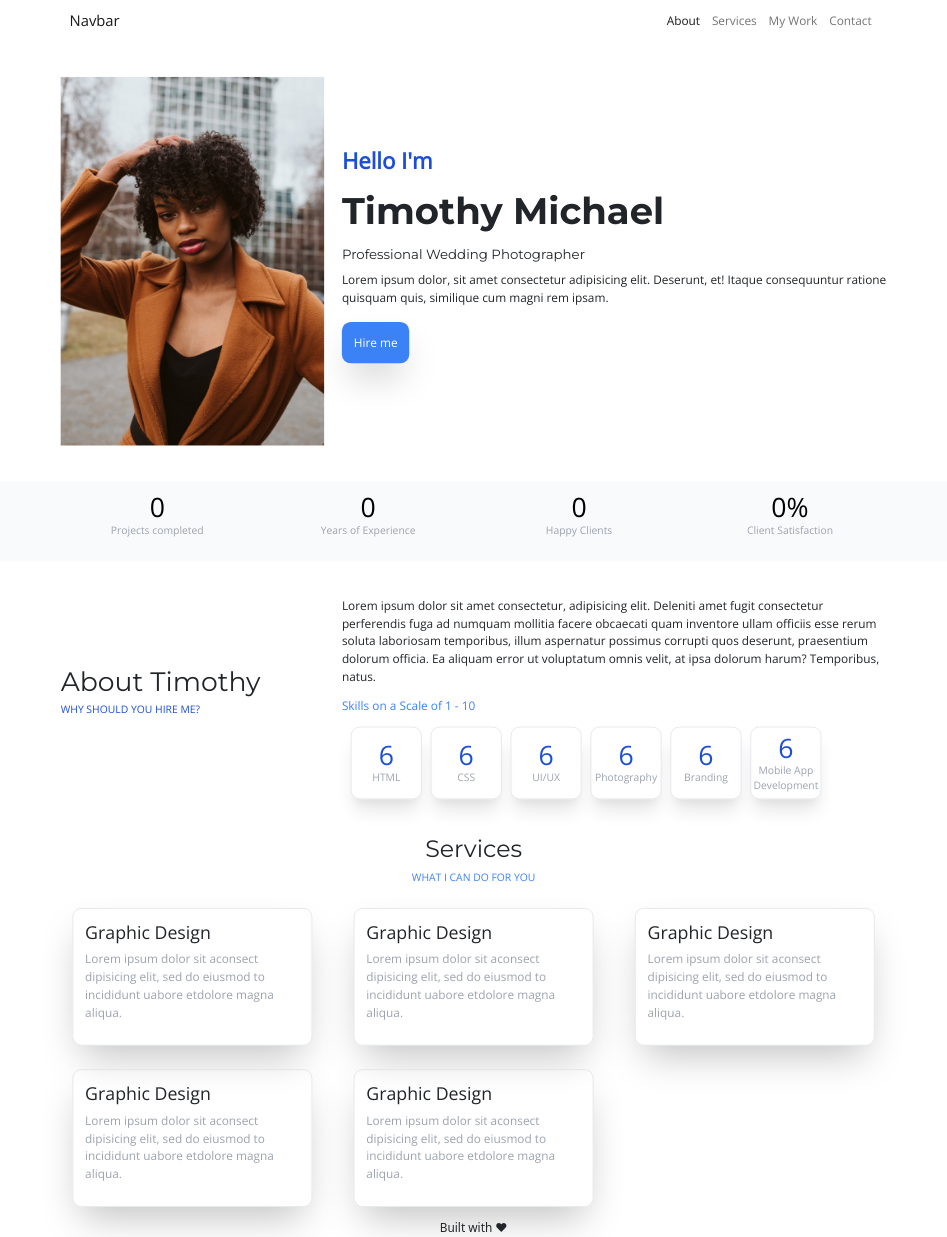
Repository: latenightsnacc/giggles
Page: HTML/freelancer.html
An editor plug-in stored every save of this project. The page is shown before and after the next save, followed by the edit.
The browser window is 1280 px wide. The pictures show the whole page, at 74% of full size.
Some web libraries are served in a nearby version.

Above is the page before, as saved 2021-01-03 16:33:19.

### HTML/freelancer.html
<!DOCTYPE html>
<html lang="en">
<head>
    <meta charset="UTF-8">
    <meta name="viewport" content="width=device-width, initial-scale=1.0">
    <link href="https://cdnjs.cloudflare.com/ajax/libs/tailwindcss/2.0.2/tailwind.min.css" rel="stylesheet">
    <link rel="stylesheet" href="https://stackpath.bootstrapcdn.com/font-awesome/4.7.0/css/font-awesome.min.css" />
    <link href="https://cdn.jsdelivr.net/npm/bootstrap@5.0.0-beta1/dist/css/bootstrap.min.css" rel="stylesheet" integrity="sha384-giJF6kkoqNQ00vy+HMDP7azOuL0xtbfIcaT9wjKHr8RbDVddVHyTfAAsrekwKmP1" crossorigin="anonymous">
    <link rel="stylesheet" href="stylesheet.css">
    <title>Freelancer Page</title>
</head>
<body class="overflow-x-hidden">
    <header class="container">
        <nav class="navbar navbar-expand-lg navbar-light bg-white">
            <div class="container-fluid">
              <a class="navbar-brand" href="#">Navbar</a>
              <button class="navbar-toggler" type="button" data-bs-toggle="collapse" data-bs-target="#navbarNavDropdown" aria-controls="navbarNavDropdown" aria-expanded="false" aria-label="Toggle navigation">
                <span class="navbar-toggler-icon"></span>
              </button>
              <div class="collapse navbar-collapse" id="navbarNavDropdown">
                <ul class="navbar-nav ml-auto">
                  <li class="nav-item">
                    <a class="nav-link active" aria-current="page" href="#">About</a>
                  </li>
                  <li class="nav-item">
                    <a class="nav-link" href="#">Services</a>
                  </li>
                  <li class="nav-item">
                    <a class="nav-link" href="#">My Work</a>
                  </li>
                  <li class="nav-item">
                    <a class="nav-link" href="#">Contact</a>
                  </li>
                  <!-- <li class="nav-item dropdown">
                    <a class="nav-link dropdown-toggle" href="#" id="navbarDropdownMenuLink" role="button" data-bs-toggle="dropdown" aria-expanded="false">
                      Dropdown link
                    </a>
                    <ul class="dropdown-menu" aria-labelledby="navbarDropdownMenuLink">
                      <li><a class="dropdown-item" href="#">Action</a></li>
                      <li><a class="dropdown-item" href="#">Another action</a></li>
                      <li><a class="dropdown-item" href="#">Something else here</a></li>
                    </ul>
                  </li> -->
                </ul>
              </div>
            </div>
        </nav>
    </header>
    <main>
        <!--User Banner-->
        <div class="container mt-5">
            <div class="row flex items-center h-auto">
                <div class="col-sm-12 col-md-4 col-lg-4 col-xl-4">
                    <img src="assets/userDp.jpg" alt="Profile Picture">
                </div>
                <div class="col-sm-12 col-md-8 col-lg-8 col-xl-8">
                    <div class="user-info">
                        <span class="semi-bold text-blue-700 py-10">Hello I'm</span>
                        <h1>Timothy Michael</h1>
                        <h2>Professional Wedding Photographer</h2>
                        <p>Lorem ipsum dolor, sit amet consectetur adipisicing elit. Deserunt, et! Itaque consequuntur ratione quisquam quis, similique cum magni rem ipsam.</p>
                        <button class="bg-blue-500 hover:bg-blue-700 text-white p-3 semi-bold rounded-xl shadow-2xl my-3">Hire me</button>
                    </div>
                </div>
            </div>
        </div>
        <!--User Statisitics-->
        <div class="stats w-full bg-gray-50 flex items-center h-auto py-3 mt-5">
            <div class="container">
                <div class="row">
                    <div class="stat-box col text-center">
                        <div class="bold text-4xl text-black">0</div>
                        <p class="text-sm text-gray-400">Projects completed</p>

                    </div>
                    <div class="stat-box col text-center">
                        <div class="bold text-4xl text-black">0</div>
                        <p class="text-sm text-gray-400">Years of Experience</p>
                    </div>
                    <div class="stat-box col text-center">
                        <div class="bold text-4xl text-black">0</div>
                        <p class="text-sm text-gray-400">Happy Clients</p>
                    </div>
                    <div class="stat-box col text-center">
                        <div class="bold text-4xl text-black">0%</div>
                        <p class="text-sm text-gray-400">Client Satisfaction</p>
                    </div>
                </div>
            </div>
        </div>
        <!--About User-->
        <div class="container">
            <div class="row h-auto flex flex-row items-center">
                <div class="col-sm-12 col-md-6 col-lg-4 col-xl-4 pt-5">
                    <h3 class="text-4xl">About Timothy</h3>
                    <p class="text-sm text-blue-700 uppercase semi-bold">Why should you hire me?</p>
                </div>
                <div class="col-sm-12 col-md-6 col-lg-8 col-xl-8 pt-5">
                    <p>Lorem ipsum dolor sit amet consectetur, adipisicing elit. Deleniti amet fugit consectetur perferendis fuga ad numquam mollitia facere obcaecati quam inventore ullam officiis esse rerum soluta laboriosam temporibus, illum aspernatur possimus corrupti quos deserunt, praesentium dolorum officia. Ea aliquam error ut voluptatum omnis velit, at ipsa dolorum harum? Temporibus, natus.</p>
                    <span class="bold text-blue-500">Skills on a Scale of 1 - 10</span>
                    <div class="d-flex flex-wrap">
                        <div class="skill-box shadow-xl max-w-sm w-24 p-2 ml-3 mt-3 border border-gray-100 rounded-xl flex flex-col items-center justify-center text-center">

                            <span class="text-blue-700 bold text-4xl">6</span>
                            <div class="text-sm text-gray-400">HTML</div>
                        </div>
                        <div class="skill-box shadow-xl max-w-sm w-24 p-2 ml-3 mt-3 border border-gray-100 rounded-xl flex flex-col items-center justify-center text-center">

                            <span class="text-blue-700 bold text-4xl">6</span>
                            <div class="text-sm text-gray-400">CSS</div>
                        </div>
                        <div class="skill-box shadow-xl max-w-sm w-24 p-2 ml-3 mt-3 border border-gray-100 rounded-xl flex flex-col items-center justify-center text-center">

                            <span class="text-blue-700 bold text-4xl">6</span>
                            <div class="text-sm text-gray-400">UI/UX</div>
                        </div>
                        <div class="skill-box shadow-xl max-w-sm w-24 p-2 ml-3 mt-3 border border-gray-100 rounded-xl flex flex-col items-center justify-center text-center">

                            <span class="text-blue-700 bold text-4xl">6</span>
                            <div class="text-sm text-gray-400">Photography</div>
                        </div>
                        <div class="skill-box shadow-xl max-w-sm w-24 p-2 ml-3 mt-3 border border-gray-100 rounded-xl flex flex-col items-center justify-center text-center">

                            <span class="text-blue-700 bold text-4xl">6</span>
                            <div class="text-sm text-gray-400">Branding</div>
                        </div>
                        <div class="skill-box shadow-xl max-w-sm w-24 p-2 ml-3 mt-3 border border-gray-100 rounded-xl flex flex-col items-center justify-center text-center">

                            <span class="text-blue-700 bold text-4xl">6</span>
                            <div class="text-sm text-gray-400">Mobile App Development</div>
                        </div>
                    </div>
                </div>
            </div>
        </div>
        <!--Services User Provides-->
        <div class="container mt-5">
            <h2 class="text-center">Services</h2>
            <p class="text-blue-500 text-sm uppercase text-center uppercase">What I can do for you</p>
            <div class="row">
                <div class="col-xs-12 col-sm-12 col-md-3 col-lg-3 col-xl-4">
                    <div class="max-w-sm shadow-2xl border border-blue-300 rounded-xl p-3 m-3 hover:bg-blue-500 hover:text-white">
                        <div class="service-title text-2xl bold  pb-2">Graphic Design</div>
                        <p class="text-md text-gray-400 hover:text-gray-50">Lorem ipsum dolor sit aconsect dipisicing elit, sed do eiusmod to incididunt uabore etdolore magna aliqua.</p>
                    </div>
                </div>
                <div class="col-xs-12 col-sm-12 col-md-3 col-lg-3 col-xl-4">
                    <div class="max-w-sm shadow-2xl border border-blue-300 rounded-xl p-3 m-3 hover:bg-blue-500 hover:text-white">
                        <div class="service-title text-2xl bold  pb-2">Graphic Design</div>
                        <p class="text-md text-gray-400 hover:text-gray-50">Lorem ipsum dolor sit aconsect dipisicing elit, sed do eiusmod to incididunt uabore etdolore magna aliqua.</p>
                    </div>
                </div>
                <div class="col-xs-12 col-sm-12 col-md-3 col-lg-3 col-xl-4">
                    <div class="max-w-sm shadow-2xl border border-blue-300 rounded-xl p-3 m-3 hover:bg-blue-500 hover:text-white">
                        <div class="service-title text-2xl bold  pb-2">Graphic Design</div>
                        <p class="text-md text-gray-400 hover:text-gray-50">Lorem ipsum dolor sit aconsect dipisicing elit, sed do eiusmod to incididunt uabore etdolore magna aliqua.</p>
                    </div>
                </div>
                <div class="col-xs-12 col-sm-12 col-md-3 col-lg-3 col-xl-4">
                    <div class="max-w-sm shadow-2xl border border-blue-300 rounded-xl p-3 m-3 hover:bg-blue-500 hover:text-white">
                        <div class="service-title text-2xl bold  pb-2">Graphic Design</div>
                        <p class="text-md text-gray-400 hover:text-gray-50">Lorem ipsum dolor sit aconsect dipisicing elit, sed do eiusmod to incididunt uabore etdolore magna aliqua.</p>
                    </div>
                </div>
                <div class="col-xs-12 col-sm-12 col-md-3 col-lg-3 col-xl-4">
                    <div class="max-w-sm shadow-2xl border border-blue-300 rounded-xl p-3 m-3 hover:bg-blue-500 hover:text-white">
                        <div class="service-title text-2xl bold  pb-2">Graphic Design</div>
                        <p class="text-md text-gray-400 hover:text-gray-50">Lorem ipsum dolor sit aconsect dipisicing elit, sed do eiusmod to incididunt uabore etdolore magna aliqua.</p>
                    </div>
                </div>
            </div>

        </div>
    </main>
    <footer class="text-center">Built with &hearts; </footer>
    <script src="https://cdn.jsdelivr.net/npm/bootstrap@5.0.0-beta1/dist/js/bootstrap.bundle.min.js" integrity="sha384-ygbV9kiqUc6oa4msXn9868pTtWMgiQaeYH7/t7LECLbyPA2x65Kgf80OJFdroafW" crossorigin="anonymous"></script>

</body>
</html>

### HTML/stylesheet.css
@import url('https://fonts.googleapis.com/css2?family=Montserrat:wght@400;700&family=Open+Sans:wght@300;400&display=swap');

h1, h2, h3, h4, h5, h6 {
    font-family: 'Montserrat', sans-serif;
}
.user-info h1 {
    line-height: 60px;
    font-size: 50px;
    font-weight: 700;
    margin-top: 20px;
}
.user-info h2 {
    line-height: 27px;
    font-size: 18px;
    font-weight: 400;
    margin-top: 15px;
}
.user-info span {
    line-height: 36px;
    font-size: 30px;
    font-weight: 600;
}
.user-info p {
    margin: 5px 0;
}
.user-info button {
    margin-top: 10px;
}
p, div, a, button {
    font-family: 'Open Sans', sans-serif;
    font-weight: 300;
}

After the next save:
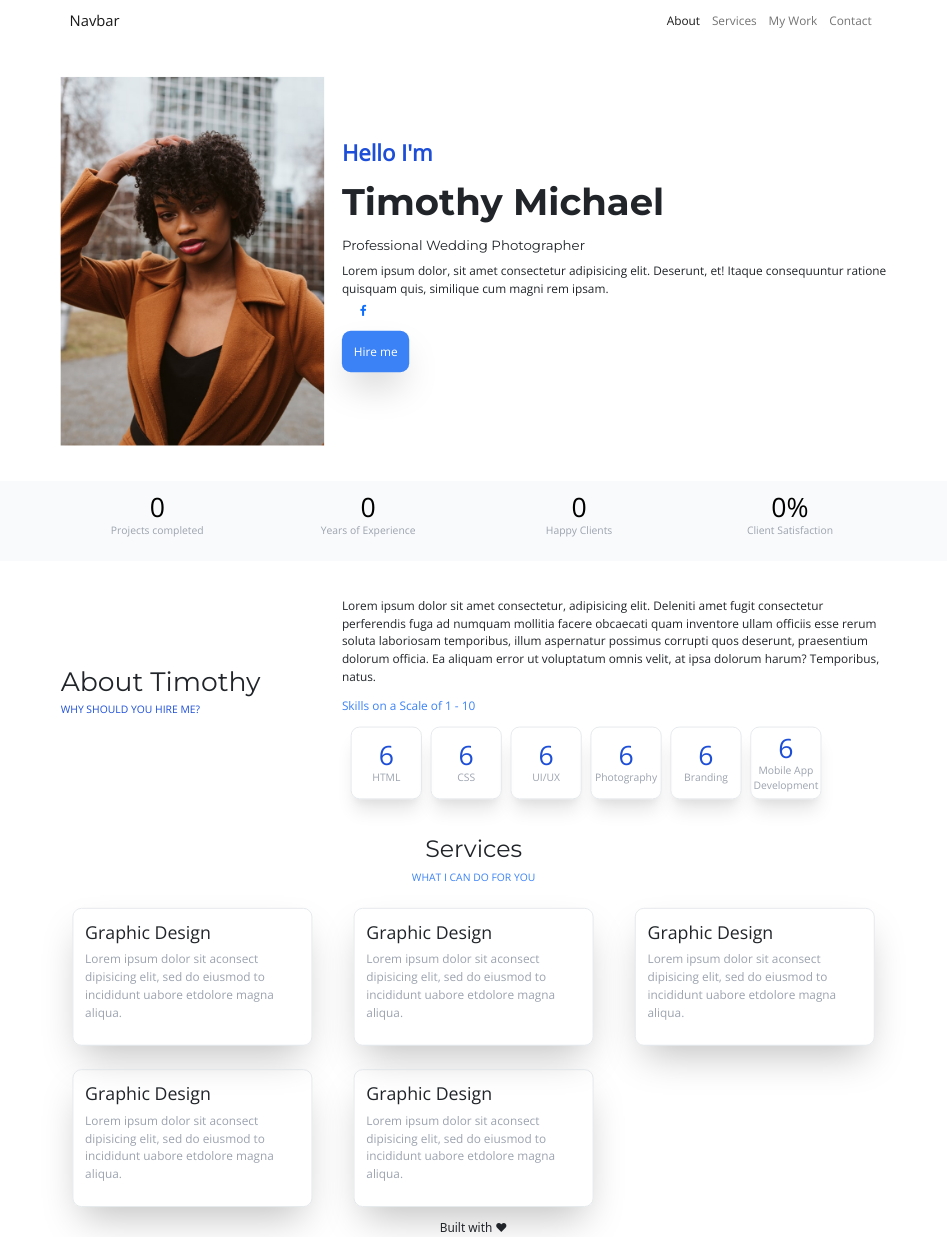
Saved 36 s later.
--- a/HTML/freelancer.html
+++ b/HTML/freelancer.html
@@ -59,6 +59,11 @@
                         <h1>Timothy Michael</h1>
                         <h2>Professional Wedding Photographer</h2>
                         <p>Lorem ipsum dolor, sit amet consectetur adipisicing elit. Deserunt, et! Itaque consequuntur ratione quisquam quis, similique cum magni rem ipsam.</p>
+                        <div class="container">
+                            <a href="#">
+                                <i class="fa fa-facebook-f"></i>
+                            </a>
+                        </div>
                         <button class="bg-blue-500 hover:bg-blue-700 text-white p-3 semi-bold rounded-xl shadow-2xl my-3">Hire me</button>
                     </div>
                 </div>
